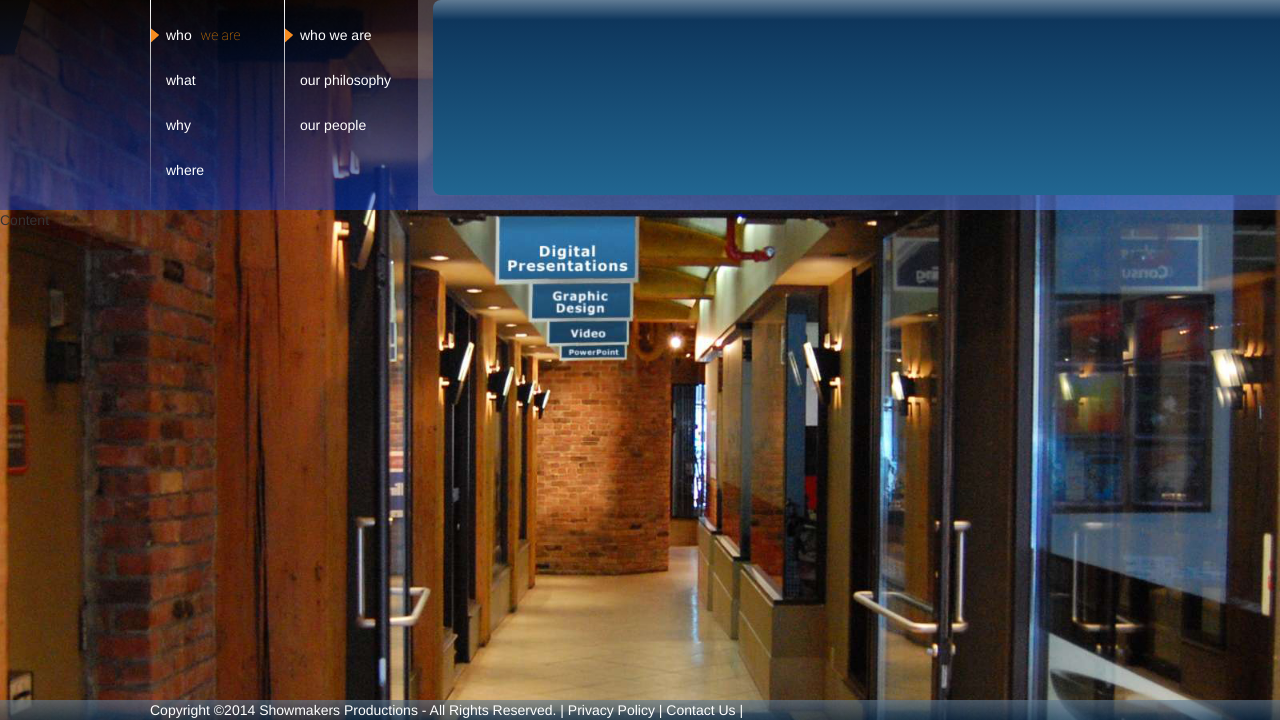
Repository: EddieMachete/showmakers
Page: index.html
The author's editor kept a record of every edit. The page is drawn from the files as they stood at one moment, then again after the next edit.
The browser window is 1280 px wide. The pictures show the whole page.

Above is the page before.
Console error: TypeError: Cannot read properties of undefined (reading 'querySelector')

### index.html
<!doctype html>
<html>
<head>
    <meta charset="UTF-8">
    <title>Vancouver PowerPoint Presentations, Templates, Web Design, Video Production | ShowMakers Productions</title>
    <meta name="description" content="Vancouver PowerPoint and multimedia production company specializing in corporate PowerPoint templates, PowerPoint design and video presentations" />
    <!-- Styles -->
    <!--link rel="stylesheet" type="text/css" href="Css/bootstrap.min.css" /-->
    <link rel="stylesheet" type="text/css" href="Css/main.css" />
    <link rel="stylesheet" type="text/css" href="Css/animations.css" />
    <link rel="stylesheet" type="text/css" href="Css/WhiteFlashAnimation.css" />
    <link rel="stylesheet" type="text/css" href="Css/OurPhilosophyBannerAnimation.css" />
    <link rel="stylesheet" type="text/css" href="Css/WhatWeDoBannerAnimation.css" />
    <link rel="stylesheet" type="text/css" href="Css/OurProcessBannerAnimation.css" />
    <!-- Templates -->
    <link id="WhiteFlashTemplate" rel="import" href="WhiteFlash.html" />
    <!-- Who -->
    <link id="WhoWeAreBannerTemplate" rel="import" href="WhoWeAreBanner.html" />
    <link id="OurPhilosophyBannerTemplate" rel="import" href="OurPhilosophyBanner.html" />
    <!-- What -->
    <link id="WhatWeDoBannerTemplate" rel="import" href="WhatWeDoBanner.html" />
    <link id="OurProcessBannerTemplate" rel="import" href="OurProcessBanner.html" />
    <!-- Scripts -->
    <script type="text/javascript" src="Scripts/GoogleAnalytics.js"></script>
    <script type="text/javascript" src="Scripts/jquery.js"></script>
    <script type="text/javascript" src="Scripts/Index/IndexMain.js"></script>
    <!-- End Google analytics -->
</head>
<body class="office-background background-cover">
	<div class="l-page-header translucent-gradient">
    	<div class="l-navigation padded-left">
        	<ul class="sections navigation-block list-unstyled text-lowercase left-border-width-gradient text-white">
            	<li class="tall is-selected" data-controller="Page" data-name="NavWho">
                	<div class="underline">
                    	Who <span class="navigation-highlight-padded text-orange text-roboto-thin">we are</span>
                    </div>
                </li>
                <li class="tall" data-controller="Page" data-name="NavWhat">
                	<div class="underline">What</div>
                </li>
                <li class="tall">
                	<div class="underline">Why</div>
                </li>
                <li class="tall">
                	<div class="underline">Where</div>
                </li>
            </ul>
            <div class="navigation-block text-lowercase left-border-width-gradient text-white">
            	<ul class="sub-sections list-unstyled is-active is-expanded"
            	    data-controller="Page" data-name="SubSectionWho">
                	<li class="tall is-selected" data-controller="Page" data-name="NavWhoWeAre">
                    	<div class="underline">Who we are</div>
                    </li>
                    <li class="tall" data-controller="Page" data-name="NavOurPhilosophy">
                    	<div class="underline">Our philosophy</div>
                    </li>
                    <li class="tall">
                    	<div class="underline">Our people</div>
                    </li>
                </ul>
            	<ul class="sub-sections list-unstyled"
            	    data-controller="Page" data-name="SubSectionWhat">
                	<li class="tall" data-controller="Page" data-name="NavWhatWeDo">
                    	<div class="underline">What we do</div>
                    </li>
                    <li class="tall" data-controller="Page" data-name="NavOurProcess">
                    	<div class="underline">Our process</div>
                    </li>
                    <li class="tall">
                    	<div class="underline">Our services</div>
                    </li>
                    <li class="tall">
                    	<div class="underline">Our services</div>
                    </li>
                </ul>
            </div>
            <div class="frosted-glass content">
            	<div class="readable-gradient round-corners-8" data-controller="Page" data-name="Banner"></div>
            </div>
        </div>
    </div>
    <div>Content</div>
    <div class="l-footer">
    	<div class="container">
        	<div class="padded-left text-white">
	        	Copyright &copy;2014 Showmakers Productions - All Rights Reserved. | Privacy Policy | Contact Us |
            </div>
        </div>
    </div>
</body>
</html>

### Css/main.css
@charset "UTF-8";
/* CSS Document */
/* COLORS */
/*    Orange: #FC8D00 */

/* Base */
* {
	-webkit-box-sizing: border-box;
	-moz-box-sizing: border-box;
	box-sizing: border-box;
}

html {
	font-family: sans-serif;
	font-size: 10px;
	-webkit-tap-highlight-color: rgba(0,0,0,0);
	-webkit-text-size-adjust: 100%;
	-ms-text-size-adjust: 100%;
}

body {
	font-family: "Helvetica Neue",Helvetica,Arial,sans-serif;
	font-size: 14px;
	line-height: 1.42857143;
	color: #333;
	background-color: #fff;

	margin: 0;
	padding: 0;
}

/* Layout */
.l-page-header {
	overflow: hidden;
}

.l-footer {
	background-color: #0E365C;
	background: repeating-linear-gradient(rgba(95, 122, 147, .6), rgba(14, 54, 92, .6));
	bottom: 0;
	position: fixed;
	width: 100%;
}

/* Modules */
@font-face {
    font-family: open-sans-light;
    src: url('../Fonts/Open-Sans/OpenSans-Light.ttf');
}

@font-face {
    font-family: roboto-thin;
    src: url(../Fonts/Roboto/Roboto-Thin.ttf)
}

.text-lowercase {
	text-transform: lowercase;
}

.text-open-sans-light {
    font-family: open-sans-light;
	/*font-weight: 300;*/
}

.text-roboto-thin {
    font-family: roboto-thin;
	/*font-weight: 100;*/
}

.text-verdana {
	font-family: verdana, arial, sans-serif;
}

.text-bold {
	font-weight: bold;
}

.text-white {
	color: #FFF;
}

.text-orange {
	color: #FC8D00;
}

.list-unstyled {
	list-style: none;
	padding-left: 0;
}

.list-unstyled li {
	margin: 0;
}

.office-background {
	background: #000 no-repeat center fixed url('../Images/office-background.jpg');
}

.background-cover {
	-webkit-background-size: cover;
	-moz-background-size: cover;
	-o-background-size: cover;
	background-size: cover;
}

.readable-gradient {
	background: repeating-linear-gradient(#5F7A93, #0E365C 20px, #216691);
	height: 195px;
    overflow: hidden;
    position: relative;
}

.readable-gradient .animation {
    position: absolute;
    top: 0;
    left: 0;
    width: 100%;
}
/*
.readable-gradient .white-flash {
    z-index: 5;
}*/

.round-corners-8 {
	border-radius: 8px;
}

.translucent-gradient {
	background: #000;
	/* Safari 5.1 to 6.0 */
	background: -webkit-repeating-linear-gradient(rgba(0, 0, 0, .8), rgba(0, 58, 211, .5));
	/* Opera 11.1 to 12.0 */
	background: -o-repeating-linear-gradient(rgba(0, 0, 0, .8), rgba(0, 58, 211, .5));
	/* Firefox 3.6 to 15 */
	background: -moz-repeating-linear-gradient(rgba(0, 0, 0, .8), rgba(0, 58, 211, .5));
	/* Standard syntax */
	background: repeating-linear-gradient(rgba(0, 0, 0, .8), rgba(0, 58, 211, .5));
}

.frosted-glass {
	background-color: #FFF;
	background-color: rgba(255, 255, 255, .2);
	padding: 15px;
	padding-top: 0;
}

/* Navigation Blocks */
.l-navigation .navigation-block {
	float: left;
	height: 210px;
	margin: 0;
	/*padding: 0 15px;*/
	overflow: hidden;
	width: 134px;
}

.l-navigation .navigation-block .tall {
	background: no-repeat center left url('../Images/menu-arrow.png');
	background-position: -10px;
	margin: 25px 0;

	-webkit-transition: background-position 500ms; /* For Safari 3.1 to 6.0 */
    transition: background-position 300ms;
}

.l-navigation .navigation-block .tall.is-selected {
	background-position: -2px;
}

.l-navigation .navigation-block .navigation-highlight-padded {
	padding: 0 5px;
}

.l-navigation .navigation-block .underline {
	position: relative;
	margin: 0 15px;
}

.l-navigation .navigation-block .underline:after {
	background-color: #FC8D00;
	bottom: -1px;
	content: '';
	display: block;
	height: 1px;
	left: 0;
	position: absolute;
	transition: width 0.2s;
	width: 0;
}

.l-navigation .navigation-block .underline:hover:after {
	width: 100%;
}

.l-navigation .sub-sections {
	display: none;
}

.l-navigation .sub-sections.is-active {
	display: block;
}

/* End Navigation blocks*/

.l-navigation .content {
	margin-left: 268px;
}

/* Description */

.l-navigation .content .description {
	max-width: 520px;
}

.l-navigation .content .description h2 {
	font-size: 15px;
	line-height: 1.5em;
	margin: 20px 20px 10px 20px;
}

.l-navigation .content .description p {
	font-size: 12px;
	font-weight: 200;
	line-height: 1.5em;
	margin: 10px 20px;
	text-align: justify;
}

/* End Description*/

.left-border-width-gradient {
	border-color: #FFF;
	border-style: solid;
	border-width: 0 0 0 1px;
	height: 210px;
	margin: 0;

    -webkit-border-image:
      -webkit-gradient(linear, 0 0, 0 100%, from(#FFFFFF), to(rgba(0, 0, 0, 0))) 1 100%;
    -webkit-border-image:
      -webkit-linear-gradient(#FFFFFF, rgba(0, 0, 0, 0)) 1 100%;
    -moz-border-image:
      -moz-linear-gradient(#FFFFFF, rgba(0, 0, 0, 0)) 1 100%;
    -o-border-image:
      -o-linear-gradient(#FFFFFF, rgba(0, 0, 0, 0)) 1 100%;
    border-image:
      linear-gradient(to bottom, #FFFFFF, rgba(0, 0, 0, 0)) 1 100%;
}


@media (min-width: 980px) {
	.padded-left {
		margin-left:calc((100% - 980px)/2);
		overflow: hidden;
		width: 100%;
	}
}

### Css/animations.css
.animation {
    display:none;
}

.animation.is-animated {
    display: block;
}

/* --- logo-and-stars-transition ------------------------------- */
/* Chrome, Safari, Opera */
@-webkit-keyframes logo-and-stars-transition {
    from {
        bottom: 300px;
        left: 600px
    }
    to {
        bottom: -20px;
        left: 300px
    }
}

/* Standard syntax */
@keyframes logo-and-stars-transition {
    from {
        bottom: 300px;
        left: 600px
    }
    to {
        bottom: -20px;
        left: 300px
    }
}



/* --- logo-and-stars-shake ------------------------------- */
@-webkit-keyframes logo-and-stars-shake {
    from { background-position-x: 0;}
    to {background-position-x: 3px;}
}


@keyframes logo-and-stars-shake {
    from { background-position-x: 0;}
    to {background-position-x: 3px;}
}



/* --- slide-in-left ------------------------------- */
@-webkit-keyframes slide-in-left {
    from {
       margin-left: 120px;
       opacity: 0;
    }
    to {
        margin-left: 0;
        opacity: 1;
    }
}

@keyframes slide-in-left {
    from {
       margin-left: 120px;
       opacity: 0;
    }
    to {
        margin-left: 0;
       opacity: 1;
    }
}

### Css/OurPhilosophyBannerAnimation.css
.our-philosophy-banner {
    height: 195px;
    overflow: hidden;
    position: relative;
}

.our-philosophy-banner .text {
    font-size: 22pt;
	font-weight: bold;
    margin: 60px 0 0 20px;
}

.our-philosophy-banner .text .text-one {
    display: inline-block;
    margin-left: 120px;
    opacity: 0;
}

.our-philosophy-banner .text .text-two {
    display: inline-block;
    margin-left: 120px;
    opacity: 0;
}

.our-philosophy-banner .text .text-three {
    display: inline-block;
    margin-left: 120px;
    opacity: 0;
}

.our-philosophy-banner.is-animated .text .text-one-animation {
    -webkit-animation: slide-in-left 500ms forwards; /* Chrome, Safari, Opera */
    animation: slide-in-left 500ms forwards;

    -webkit-animation-delay: 1s; /* Chrome, Safari, Opera */
    animation-delay: 1s;
}

.our-philosophy-banner.is-animated .text .text-two-animation {
    -webkit-animation: slide-in-left 500ms forwards; /* Chrome, Safari, Opera */
    animation: slide-in-left 500ms forwards;

    -webkit-animation-delay: 1300ms; /* Chrome, Safari, Opera */
    animation-delay: 1300ms;
}

.our-philosophy-banner.is-animated .text .text-three-animation {
    -webkit-animation: slide-in-left 500ms forwards; /* Chrome, Safari, Opera */
    animation: slide-in-left 500ms forwards;

    -webkit-animation-delay: 1600ms; /* Chrome, Safari, Opera */
    animation-delay: 1600ms;
}

.our-philosophy-banner .logo-and-stars {
    bottom: 300px;
    left: 600px;
    position: absolute;
}

.our-philosophy-banner.is-animated .logo-and-stars-animation {
    -webkit-animation: logo-and-stars-transition 1s forwards; /* Chrome, Safari, Opera */
    animation: logo-and-stars-transition 1s forwards;

    -webkit-animation-delay: 2s; /* Chrome, Safari, Opera */
    animation-delay: 2s;
}

.our-philosophy-banner .logo-and-stars .stars {
    background: no-repeat url('../Images/Animations/OurPhilosophy/stars-1.png');
    height: 295px;
    width: 318px;

    -webkit-animation: logo-and-stars-shake .1s infinite;
    animation: logo-and-stars-shake .1s infinite;
}

.our-philosophy-banner .logo-and-stars .show-makers {
    margin: 84px 0 0 80px;
}

### Css/WhatWeDoBannerAnimation.css
.what-we-do-banner {
    margin: 20px;
    max-width: 501px;
}

### Css/OurProcessBannerAnimation.css
.our-process-banner {
    position: relative;
}

.our-process-banner .graphic {
    left: 240px;
    position: absolute;
    top: 10px;
}

.our-process-banner .text {
    /*display: inline-block;*/
    /*float: left;*/
    font-size: 15pt;
    font-weight: bold;
    margin: 20px 0 0 25px;
    /*overflow: hidden;
    width: 160px;*/
}

.our-process-banner .text .line {
    line-height: 29pt;
    opacity: 0;
}

.our-process-banner.is-animated .text .text-one-animation {
    -webkit-animation: slide-in-left 500ms forwards; /* Chrome, Safari, Opera */
    animation: slide-in-left 500ms forwards;

    -webkit-animation-delay: 1s; /* Chrome, Safari, Opera */
    animation-delay: 1s;
}

.our-process-banner.is-animated .text .text-two-animation {
    -webkit-animation: slide-in-left 500ms forwards; /* Chrome, Safari, Opera */
    animation: slide-in-left 500ms forwards;

    -webkit-animation-delay: 1300ms; /* Chrome, Safari, Opera */
    animation-delay: 1300ms;
}

.our-process-banner.is-animated .text .text-three-animation {
    -webkit-animation: slide-in-left 500ms forwards; /* Chrome, Safari, Opera */
    animation: slide-in-left 500ms forwards;

    -webkit-animation-delay: 1600ms; /* Chrome, Safari, Opera */
    animation-delay: 1600ms;
}

.our-process-banner.is-animated .text .text-four-animation {
    -webkit-animation: slide-in-left 500ms forwards; /* Chrome, Safari, Opera */
    animation: slide-in-left 500ms forwards;

    -webkit-animation-delay: 1900ms; /* Chrome, Safari, Opera */
    animation-delay: 1900ms;
}

### Scripts/GoogleAnalytics.js
var _gaq = _gaq || [];
_gaq.push(['_setAccount', 'UA-6072071-1']);
_gaq.push(['_trackPageview']);

(function() {
	var ga = document.createElement('script'); ga.type = 'text/javascript'; ga.async = true;
	ga.src = ('https:' == document.location.protocol ? 'https://ssl' : 'http://www') + '.google-analytics.com/ga.js';
	var s = document.getElementsByTagName('script')[0]; s.parentNode.insertBefore(ga, s);
})();

### Scripts/Index/IndexMain.js
$(Body_Load);

function PageController() {

}

PageController.prototype.Initialize = function () {
    var self = this;

    self.LoadTemplates();
    var allBindings = $('*[data-controller]');
    var bindings = allBindings.filter('*[data-controller=Page]');

    for (var i = 0; i < bindings.length; i++) {
        var binding = $(bindings[i]);
        self[binding.attr('data-name')] = binding;
    }

    self.CurrentMenuItem = self.NavWho;
    self.CurrentSubMenuItem = self.NavWhoWeAre;
    self.CurrentSubMenu = self.SubSectionWho;
    self.CurrentAnimation = self.WhoWeAreBanner;

    self.WhatsNewImages = self.WhatsNewBanner.find('img:not(.top-image)');
    self.CurrentNextImageIndex = 0;
    self.ShowNextWhatsNewImage();

    // Who
    self.NavWho.bind('click', function (e) { self.ShowSubMenu($(e.currentTarget), self.SubSectionWho); });
    self.NavWhoWeAre.bind('click', function (e) { self.ShowAnimation($(e.currentTarget), self.WhoWeAreBanner); });
    self.NavOurPhilosophy.bind('click', function (e) { self.ShowAnimation($(e.currentTarget), self.OurPhilosophyBanner); });

    // What
    self.NavWhat.bind('click', function (e) { self.ShowSubMenu($(e.currentTarget), self.SubSectionWhat); });
    self.NavWhatWeDo.bind('click', function (e) { self.ShowAnimation($(e.currentTarget), self.WhatWeDoBanner); });
    self.NavOurProcess.bind('click', function (e) { self.ShowAnimation($(e.currentTarget), self.OurProcessBanner); });
    self.NavOurServices.bind('click', function (e) { self.ShowAnimation($(e.currentTarget), self.OurServicesBanner); });
    self.NavWhatsNew.bind('click', function (e) { self.ShowAnimation($(e.currentTarget), self.WhatsNewBanner); });

    setInterval(function () { self.Interval_Tick(); }, 3000);

    return self;
};

PageController.prototype.ShowSubMenu = function(target, subMenu) {
    var self = this;

    self.CurrentMenuItem.removeClass('is-selected');
    self.CurrentMenuItem = target;

    self.CurrentSubMenu.removeClass('is-active').removeClass('is-expanded');
    self.CurrentSubMenu = subMenu;

    setTimeout(function() {
        target.addClass('is-selected');
        self.CurrentSubMenu.addClass('is-active');
    }, 100);

    setTimeout(function() {
        self.CurrentSubMenu.addClass('is-expanded');
    }, 200);
};

PageController.prototype.ShowAnimation = function(target, animation) {
    var self = this;

    self.CurrentSubMenuItem.removeClass('is-selected');
    self.CurrentAnimation.removeClass('is-animated');
    self.WhiteFlash.removeClass('is-animated');
    self.CurrentSubMenuItem = target;
    self.CurrentAnimation = animation;

    setTimeout(function() {
        self.CurrentSubMenuItem.addClass('is-selected');
        self.WhiteFlash.addClass('is-animated');
        self.CurrentAnimation.addClass('is-animated');
    }, 100);
};

PageController.prototype.LoadTemplates = function() {
    //var link = document.querySelector('link[rel=import]');
    var readableGradient = document.querySelector('.readable-gradient');

    // Who
    readableGradient.appendChild(document.importNode(GetAnimationFromTemplate('WhoWeAreBannerTemplate', '.who-we-are-banner'), true));
    readableGradient.appendChild(document.importNode(GetAnimationFromTemplate('OurPhilosophyBannerTemplate', '.our-philosophy-banner'), true));
    // What
    readableGradient.appendChild(document.importNode(GetAnimationFromTemplate('WhatWeDoBannerTemplate', '.what-we-do-banner'), true));
    readableGradient.appendChild(document.importNode(GetAnimationFromTemplate('OurProcessBannerTemplate', '.our-process-banner'), true));
    readableGradient.appendChild(document.importNode(GetAnimationFromTemplate('OurServicesBannerTemplate', '.our-services-banner'), true));
    readableGradient.appendChild(document.importNode(GetAnimationFromTemplate('WhatsNewBannerTemplate', '.whats-new-banner'), true));

    readableGradient.appendChild(document.importNode(GetAnimationFromTemplate('WhiteFlashTemplate', '.white-flash'), true));

    function GetAnimationFromTemplate(templateId, animationClass) {
        var template = document.getElementById(templateId);
        var animation = template.import.querySelector(animationClass);
        //animation.className += ' is-animated';

        return animation;
    }
};

PageController.prototype.ShowNextWhatsNewImage = function() {
    var self = this;

    self.WhatsNewImages[self.CurrentNextImageIndex].css('z-index', 0);
    self.CurrentNextImageIndex = sel.CurrentNextImageIndex > 1 ? 0 : self.CurrentNextImageIndex + 1;
    self.WhatsNewImages[self.CurrentNextImageIndex].css('z-index', 3).addClass('is-visible');
};

PageController.prototype.Interval_Tick = function() {
    var self = this;

    if (!self.WhatsNewBanner.hasClass('is-animated'))
        return;

    alert('animated');
};

function Body_Load(e) {
    var pageController = (new PageController())
        .Initialize();

}

Loaded but not shown: Scripts/jquery.js (library); Css/WhiteFlashAnimation.css (no copy from this time; the picture is the same without it)

After the next edit:
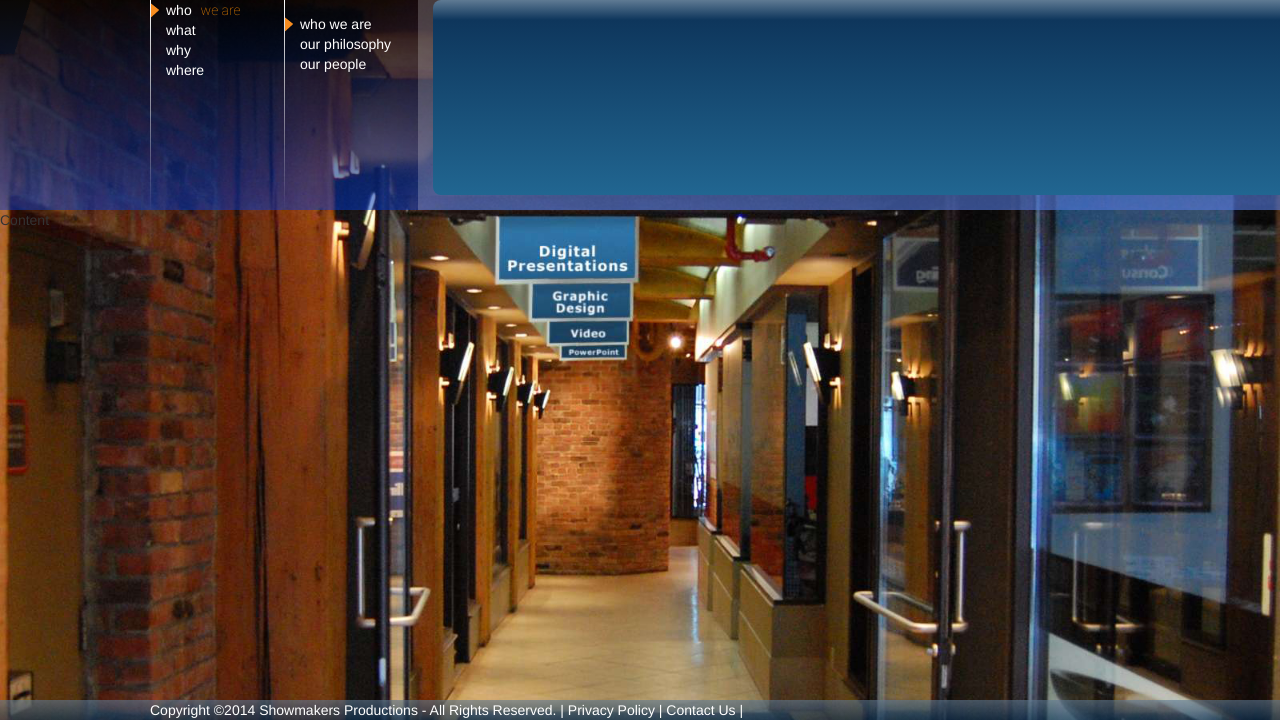
The edit:
--- a/Css/main.css
+++ b/Css/main.css
@@ -157,7 +157,7 @@
 .l-navigation .navigation-block .tall {
 	background: no-repeat center left url('../Images/menu-arrow.png');
 	background-position: -10px;
-	margin: 25px 0;
+	/*margin: 25px 0;*/
 
 	-webkit-transition: background-position 500ms; /* For Safari 3.1 to 6.0 */
     transition: background-position 300ms;
